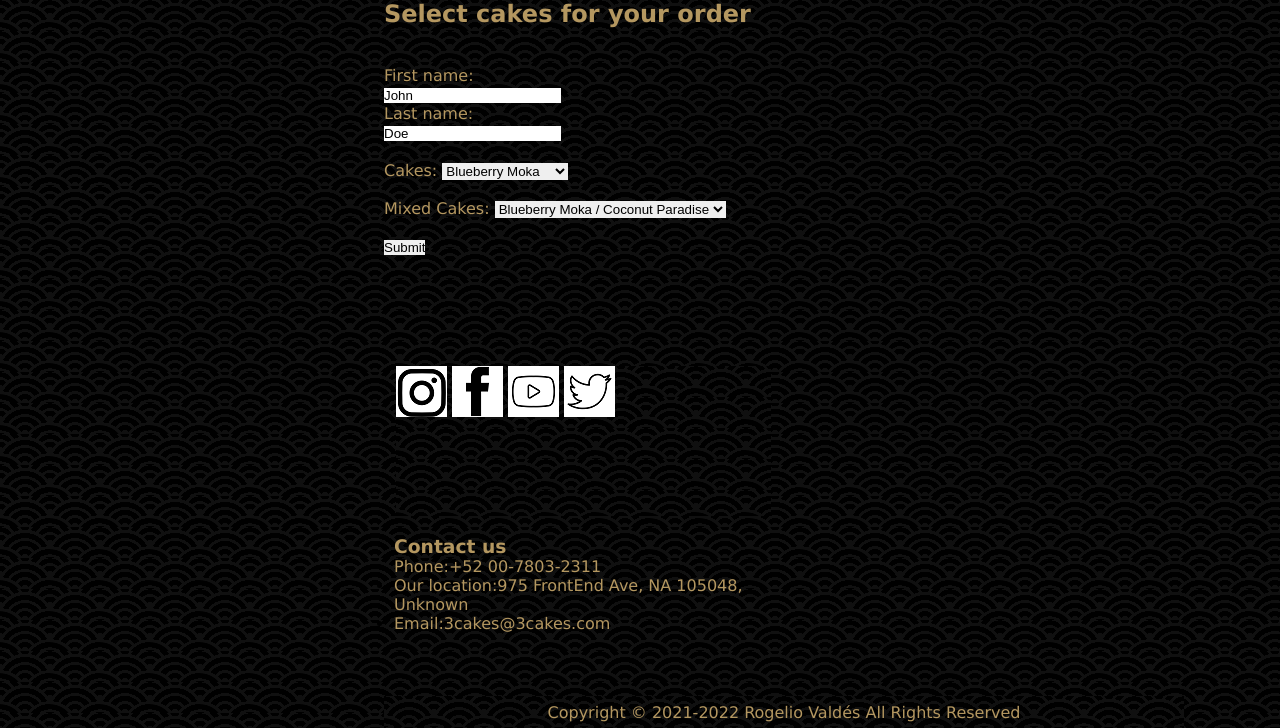
Repository: roge64/htmlfrontend
Page: orders.html
The author's editor kept a copy of each file at every save. The page is drawn from the files as they stood at one save, then again after the next save.
The browser window is 1280 px wide. The pictures show the whole page.

Above is the page before, as saved 2022-03-04 15:34:19.

### orders.html
<!DOCTYPE html>
<html lang="en">
<head>
    <meta charset="UTF-8">
    <meta http-equiv="X-UA-Compatible" content="IE=edge">
    <meta name="viewport" content="width=device-width, initial-scale=1.0">
    <title>Orders</title>
    <link rel="stylesheet" href="estilos/estilos.css">

</head>
<body>

    <h2 style="color:#b49760"> Select cakes for your order</h2>
    <br></br>

    <form action="/action_page.php" style="color:#b49760">
      <label for="fname">First name:</label>
      <br>
      <input type="text" id="fname" name="fname" value="John">
      <br>
      <label for="lname">Last name:</label>
      <br>
      <input type="text" id="lname" name="lname" value="Doe">
      <br></br>
      <label for="cars">Cakes:</label>
        <select name="cars" id="cars">
            <option value="volvo">Blueberry Moka</option>
            <option value="saab">Coconut Paradise</option>
            <option value="opel">Maple Pecans</option>>
        </select>
        <br></br>
        <label for="cars">Mixed Cakes:</label>
        <select name="cars" id="cars">
            <option value="volvo">Blueberry Moka / Coconut Paradise</option>
            <option value="saab">Coconut Paradise / Maple Pecan</option>
            <option value="opel">Maple Pecans / Blueberry Moka</option>>

        </select>
      <br></br>


      <input type="submit" value="Submit">

    </form>


    <section id="separador">


    </section>

<section id="social">
    <article id="social1">
        <a href="#"><img src="img/instagram.png" alt="instagram"></a>
        <a href="#"><img src="img/facebook.png" alt="facebook"></a>
        <a href="#"><img src="img/youtube.png" alt="youtube"></a>
        <a href="#"><img src="img/twitter.png" alt="twitter"></a>
    </article>

    <article id="social2">
        <div id="lte_icons-2" class="widget widget_lte_icons"><h3 class="lte-header-widget " style="color:#b49760"><span class="widget-icon"></span >Contact us</h3><ul class="lte-social-icons-list"><li> <a href="#"><span class="lte-ic icon icon-phone-call" ></span><span class="lte-header" style="color:#b49760">Phone:</span><span class="lte-txt" style="color:#b49760">+52 00-7803-2311<br> </span></a></li><li> <a href="#"><span class="lte-ic icon icon-location"></span><span class="lte-header" style="color:#b49760">Our location:</span><span class="lte-txt" style="color:#b49760">975 FrontEnd Ave, NA 105048, Unknown</span></a></li><li> <a href="#"><span class="lte-ic icon icon-mail"></span><span class="lte-header" style="color:#b49760">Email:</span><span class="lte-txt" style="color:#b49760">3cakes@3cakes.com</span></a></li></ul>
</div>

    </article>
</section>


<footer>
    <p style="color:#b49760"> Copyright &copy; 2021-<script>document.write(new Date().getFullYear())</script> Rogelio Valdés All Rights Reserved</p>
    <article id="footer1"></article>
</footer>

</section>
</body>
</html>

### estilos/estilos.css
*{
    border: 0 ;
    margin: 0 ;
    padding: 0;
    text-decoration: none;
}

body{
    font-family: Geneva;
    background-color: rgb(0, 0, 0);
    width:40%;
    margin-left:auto;
    margin-right:auto;

    background-color:black;
background-image:
radial-gradient(circle at 100% 150%, black 24%, #101010 24%, #101010 28%, black 28%, black 36%, #101010 36%, #101010 40%, transparent 40%, transparent),
radial-gradient(circle at 0    150%, black 24%, #101010 24%, #101010 28%, black 28%, black 35%, #101010 36%, #101010 40%, transparent 40%, transparent),
radial-gradient(circle at 50%  100%, #101010 10%, black 10%, black 23%, #101010 23%, #101010 30%, black 30%, black 43%, #101010 43%, #101010 50%, black 50%, black 63%, #101010 63%, #101010 71%, transparent 71%, transparent),
radial-gradient(circle at 100% 50%, #101010 5%, black 5%, black 15%, #101010 15%, #101010 20%, black 20%, black 29%, #101010 29%, #101010 34%, black 34%, black 44%, #101010 44%, #101010 49%, transparent 49%, transparent),
radial-gradient(circle at 0    50%, #101010 5%, black 5%, black 15%, #101010 15%, #101010 20%, black 20%, black 29%, #101010 29%, #101010 34%, black 34%, black 44%, #101010 44%, #101010 48%, transparent 49%, transparent);
background-size: 50px 31px;
/*     background-image: url("/img/papyrus-dark.png"); */
}

.menu{
    list-style: none;
    padding: 0;
    background: #080808;
    width: 80%;
    height: 75px;
    max-width: 500px;
    margin: auto;
}

.menu li{
    text-decoration: none;
    color: #b49760;
    padding: 20px;
    display: block;
}

.menu li{
    display: inline-block;
    text-align: right;
}

.menu li:hover{
    background:rgb(41, 23, 3);
}


#container, header, #banner, #noticias, #marcas, footer, #social1{
    /* background-color:rgb(255, 255, 255); */
    background-color:black;
background-image:
radial-gradient(circle at 100% 150%, black 24%, #101010 24%, #101010 28%, black 28%, black 36%, #101010 36%, #101010 40%, transparent 40%, transparent),
radial-gradient(circle at 0    150%, black 24%, #101010 24%, #101010 28%, black 28%, black 35%, #101010 36%, #101010 40%, transparent 40%, transparent),
radial-gradient(circle at 50%  100%, #101010 10%, black 10%, black 23%, #101010 23%, #101010 30%, black 30%, black 43%, #101010 43%, #101010 50%, black 50%, black 63%, #101010 63%, #101010 71%, transparent 71%, transparent),
radial-gradient(circle at 100% 50%, #101010 5%, black 5%, black 15%, #101010 15%, #101010 20%, black 20%, black 29%, #101010 29%, #101010 34%, black 34%, black 44%, #101010 44%, #101010 49%, transparent 49%, transparent),
radial-gradient(circle at 0    50%, #101010 5%, black 5%, black 15%, #101010 15%, #101010 20%, black 20%, black 29%, #101010 29%, #101010 34%, black 34%, black 44%, #101010 44%, #101010 48%, transparent 49%, transparent);
background-size: 50px 31px;

    height: 1100px;
    width: 800px;

}

header{
/*     background-color:antiquewhite;
 */
    height: 40px;
    text-align: center;
    font-size: x-large;

}

#banner{
    background-color:#080808;
/*     background-color:rgb(25, 25, 25); */
    width: 600;
    height: 190px;


}


#noticias{
/*     background-color: antiquewhite;
 */
    height: 200px;
}

#tienda #names{
/*     background-color: grey; */
/* background-color:black;
background-image:
radial-gradient(circle at 100% 150%, black 24%, #101010 24%, #101010 28%, black 28%, black 36%, #101010 36%, #101010 40%, transparent 40%, transparent),
radial-gradient(circle at 0    150%, black 24%, #101010 24%, #101010 28%, black 28%, black 35%, #101010 36%, #101010 40%, transparent 40%, transparent),
radial-gradient(circle at 50%  100%, #101010 10%, black 10%, black 23%, #101010 23%, #101010 30%, black 30%, black 43%, #101010 43%, #101010 50%, black 50%, black 63%, #101010 63%, #101010 71%, transparent 71%, transparent),
radial-gradient(circle at 100% 50%, #101010 5%, black 5%, black 15%, #101010 15%, #101010 20%, black 20%, black 29%, #101010 29%, #101010 34%, black 34%, black 44%, #101010 44%, #101010 49%, transparent 49%, transparent),
radial-gradient(circle at 0    50%, #101010 5%, black 5%, black 15%, #101010 15%, #101010 20%, black 20%, black 29%, #101010 29%, #101010 34%, black 34%, black 44%, #101010 44%, #101010 48%, transparent 49%, transparent);
background-size: 50px 31px; */

    height: 300px;
    width: 780px;
    padding-left: 10px;
    padding-right: 10px;
    padding-top: 5px;
    text-align: center;
}

#marcas{
/*     background-color:rgb(58, 41, 18); */
    height: 205px;
}


footer{
    width: 800px;
/*     background-color:rgb(0, 0, 0); */
    text-align: center;
    height: 25px;
    padding-top: 7px;

}

#banner #banner1{
/*     background-color: rgb(180, 134, 73); */
    width: 150px;
    height: 145px;
    float: left;
    text-align: center;
/*     display: inline-block; */
    margin: 5px 5px;
}

#banner #banner2{
/*     background-color: rgb(180, 134, 73); */
    width: 600px;
    height: 145px;
    float: right;
/*     display: inline-block; */
    /* vertical-align: center;  */
    margin: 5px 5px;
}

#noticias #news1{
/*     background-color: rgb(41, 38, 34); */
    font-size: 50px;

    text-align: center;
    width: 790px;
    height: 200px;
    display: inline-block;
    vertical-align: center;
    margin: 5px 5px;

}


#tienda #cake1{
    background: rgb(109, 175, 33);
    width: 240px;
    height: 285px;
    display: inline-block;
    vertical-align: top;
    margin: 5px 8px;
}

#tienda #cake2{
    background: rgb(41, 23, 3);
    width: 240px;
    height: 285px;
    display: inline-block;
    vertical-align: top;
    margin: 5px 10px;
}

#tienda #cake3{
    background: rgb(175, 169, 112);
    width: 240px;
    height: 285px;
    display: inline-block;
    vertical-align: top;
    margin: 5px 5px;
}

#names #name1{
    font-size: 25px;
    text-align: center;
    width: 240px;
    height: 60px;
    display: inline-block;
    vertical-align: top;
    margin: 5px 8px;
}

#names #name2{
    font-size: 25px;
    text-align: center;
    width: 240px;
    height: 60px;
    display: inline-block;
    vertical-align: top;
    margin: 5px 8px;
}

#names #name3{
    font-size: 25px;
    text-align: center;
    width: 240px;
    height: 60px;
    display: inline-block;
    vertical-align: top;
    margin: 5px 8px;
}

#social #social1{
    text-decoration: none;
/*     background: rgb(109, 175, 33); */
    width: 375px;
    height: 150px;
    display: inline-block;
    vertical-align: center;
    margin: 10px 12px;
}

#social #social2{
    text-decoration: none;
/*     background: rgb(109, 175, 33); */
    width: 375px;
    height: 150px;
    display: inline-block;
    vertical-align: center;
    margin: 10px 10px;
}

#social #social1 {
    color: rgb(175, 169, 112);


}

#separador {
        width: 800px;
        text-align: center;
        height: 100px;

}

After the next save:
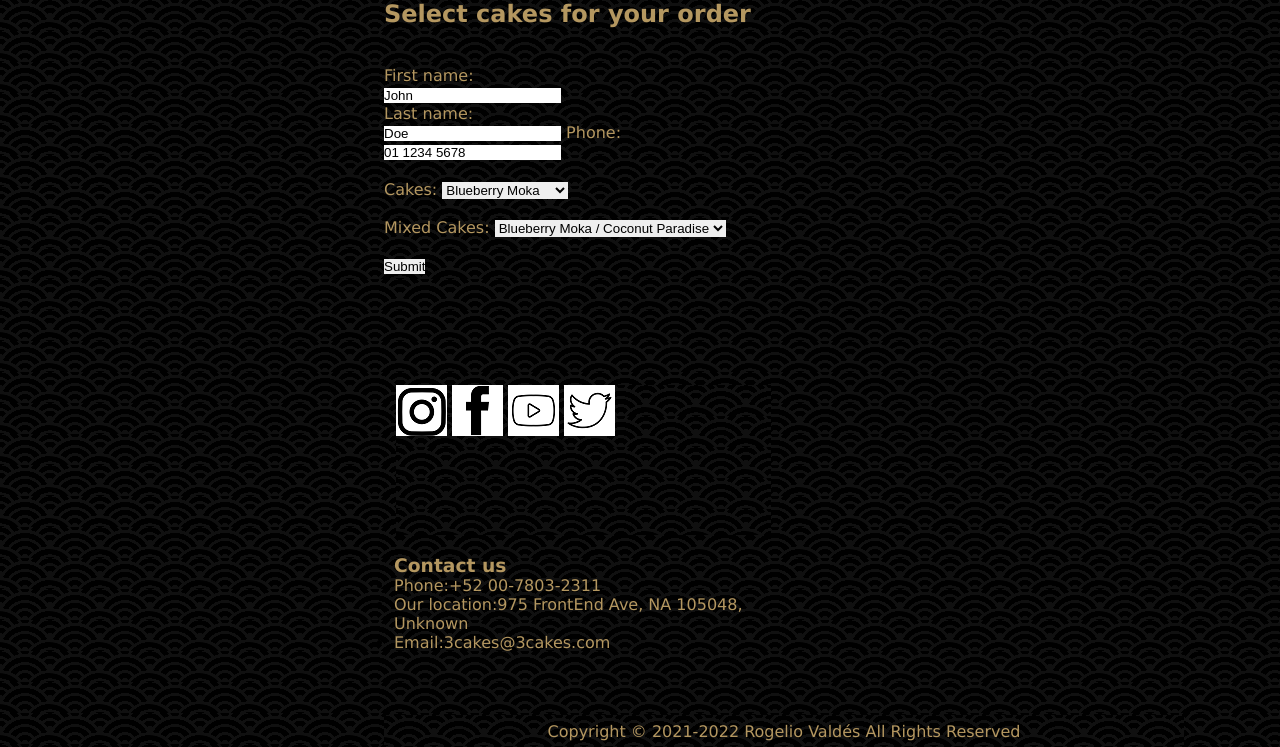
Saved 24 min 15 s later.
--- a/orders.html
+++ b/orders.html
@@ -21,7 +21,14 @@
       <label for="lname">Last name:</label>
       <br>
       <input type="text" id="lname" name="lname" value="Doe">
+      <label for="phone">Phone:</label>
+      <br>
+      <input type="text" id="phone" name="phone" value="01 1234 5678">
+
+
+
       <br></br>
+
       <label for="cars">Cakes:</label>
         <select name="cars" id="cars">
             <option value="volvo">Blueberry Moka</option>
